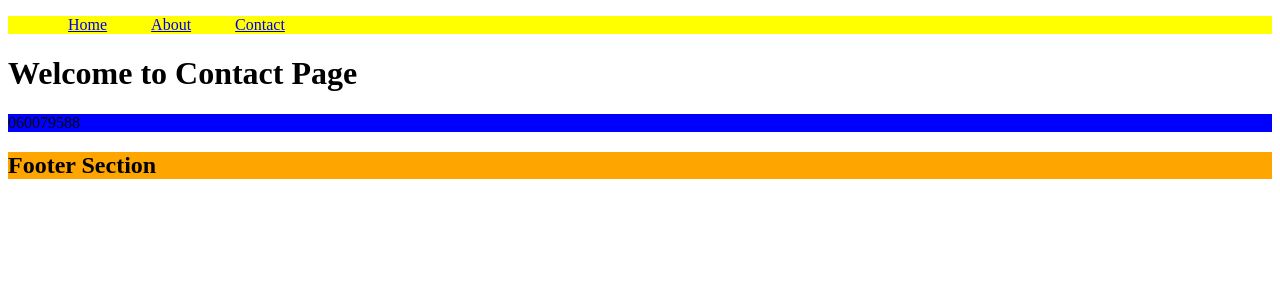
Repository: mofrey-max/clc-second
Page: contact.html
An editor plug-in stored every save of this project. The page is shown before and after the next save, followed by the edit.
The browser window is 1280 px wide. The pictures show the whole page.

Above is the page before, as saved 2020-05-20 10:35:51.

### contact.html
<!Doctype html>
<html>
<head>
<title>
contact
</title>
<style>
nav{
    background-color:yellow
}

li{
    display:inline;
    padding:20px;

}
</style>
</head>
<body>

<nav>
<ul>
<li><a href="index.html">Home</a></li>
<li><a href="about.html">About</a></li>
<li><a href="contact.html">Contact</a></li>
</ul>
</nav>
<h1>Welcome to Contact Page</h1>
<div style="background-color:blue" height="100px" color="white" width="100px">
<p> 060079588 </p>

</div>
<div style="background-color:orange">
<h2>Footer Section</h2>
</div>
</body>
</html>

After the next save:
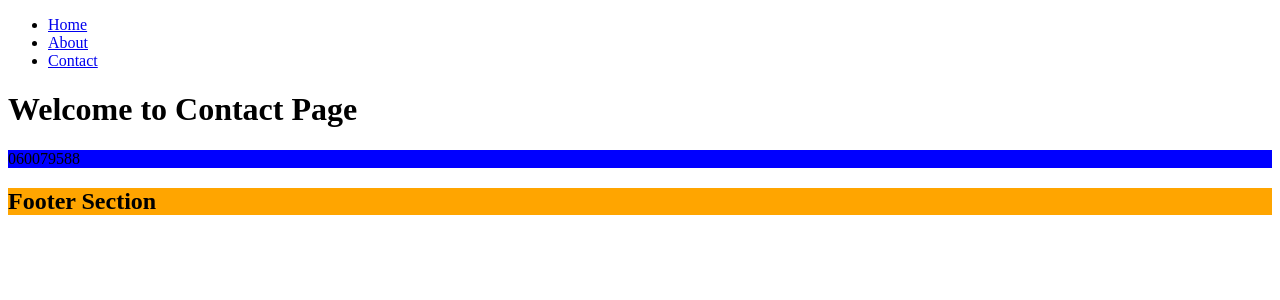
Saved 90 s later.
--- a/contact.html
+++ b/contact.html
@@ -4,17 +4,7 @@
 <title>
 contact
 </title>
-<style>
-nav{
-    background-color:yellow
-}
 
-li{
-    display:inline;
-    padding:20px;
-
-}
-</style>
 </head>
 <body>
 
